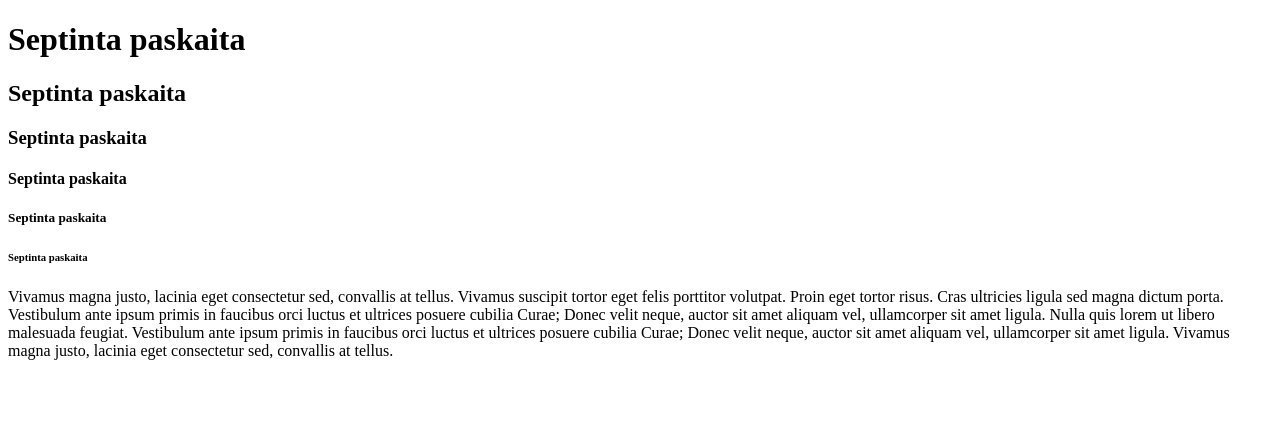
Repository: motiejus1/07-paskaita-05.31
Page: index.html
The author's editor kept a copy of each file at every save. The page is drawn from the files as they stood at one save, then again after the next save.
The browser window is 1280 px wide. The pictures show the whole page.

Above is the page before, as saved 2021-06-10 18:28:21.

### index.html
<!DOCTYPE html>
<html lang="en">
<head>
    <meta charset="UTF-8">
    <meta http-equiv="X-UA-Compatible" content="IE=edge">
    <meta name="viewport" content="width=device-width, initial-scale=1.0">
    <title>Septinta paskaita</title>
</head>
<body>
    <h1>Septinta paskaita</h1>
    <h2>Septinta paskaita</h2>
    <h3>Septinta paskaita</h3>
    <h4>Septinta paskaita</h4>
    <h5>Septinta paskaita</h5>
    <h6>Septinta paskaita</h6>

    <p>Vivamus magna justo, lacinia eget consectetur sed, convallis at tellus. Vivamus suscipit tortor eget felis porttitor volutpat. Proin eget tortor risus. Cras ultricies ligula sed magna dictum porta. Vestibulum ante ipsum primis in faucibus orci luctus et ultrices posuere cubilia Curae; Donec velit neque, auctor sit amet aliquam vel, ullamcorper sit amet ligula. Nulla quis lorem ut libero malesuada feugiat. Vestibulum ante ipsum primis in faucibus orci luctus et ultrices posuere cubilia Curae; Donec velit neque, auctor sit amet aliquam vel, ullamcorper sit amet ligula. Vivamus magna justo, lacinia eget consectetur sed, convallis at tellus.</p>

    <blockquote></blockquote>
</body>
</html>

After the next save:
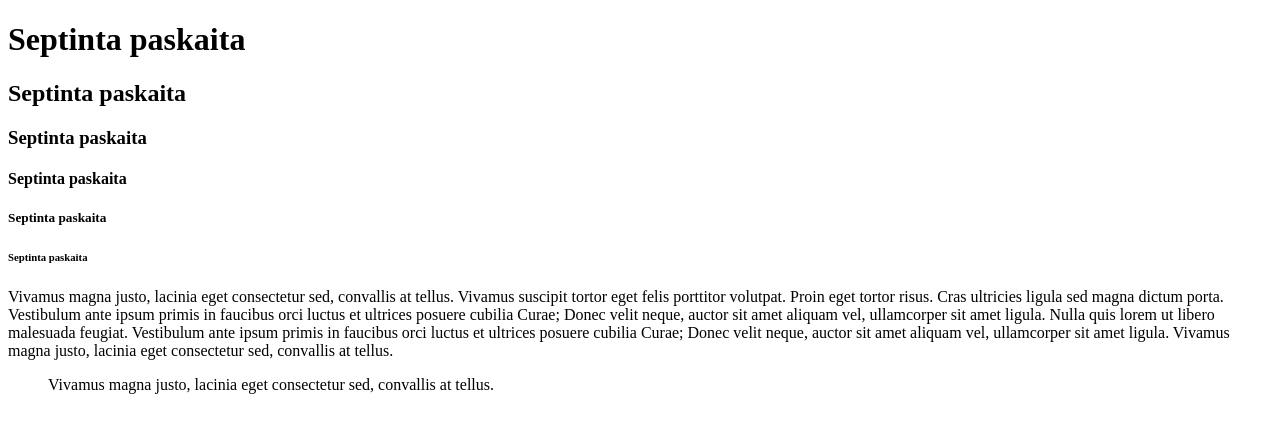
Saved 27 s later.
--- a/index.html
+++ b/index.html
@@ -16,6 +16,6 @@
 
     <p>Vivamus magna justo, lacinia eget consectetur sed, convallis at tellus. Vivamus suscipit tortor eget felis porttitor volutpat. Proin eget tortor risus. Cras ultricies ligula sed magna dictum porta. Vestibulum ante ipsum primis in faucibus orci luctus et ultrices posuere cubilia Curae; Donec velit neque, auctor sit amet aliquam vel, ullamcorper sit amet ligula. Nulla quis lorem ut libero malesuada feugiat. Vestibulum ante ipsum primis in faucibus orci luctus et ultrices posuere cubilia Curae; Donec velit neque, auctor sit amet aliquam vel, ullamcorper sit amet ligula. Vivamus magna justo, lacinia eget consectetur sed, convallis at tellus.</p>
 
-    <blockquote></blockquote>
+    <blockquote>Vivamus magna justo, lacinia eget consectetur sed, convallis at tellus.</blockquote>
 </body>
 </html>
